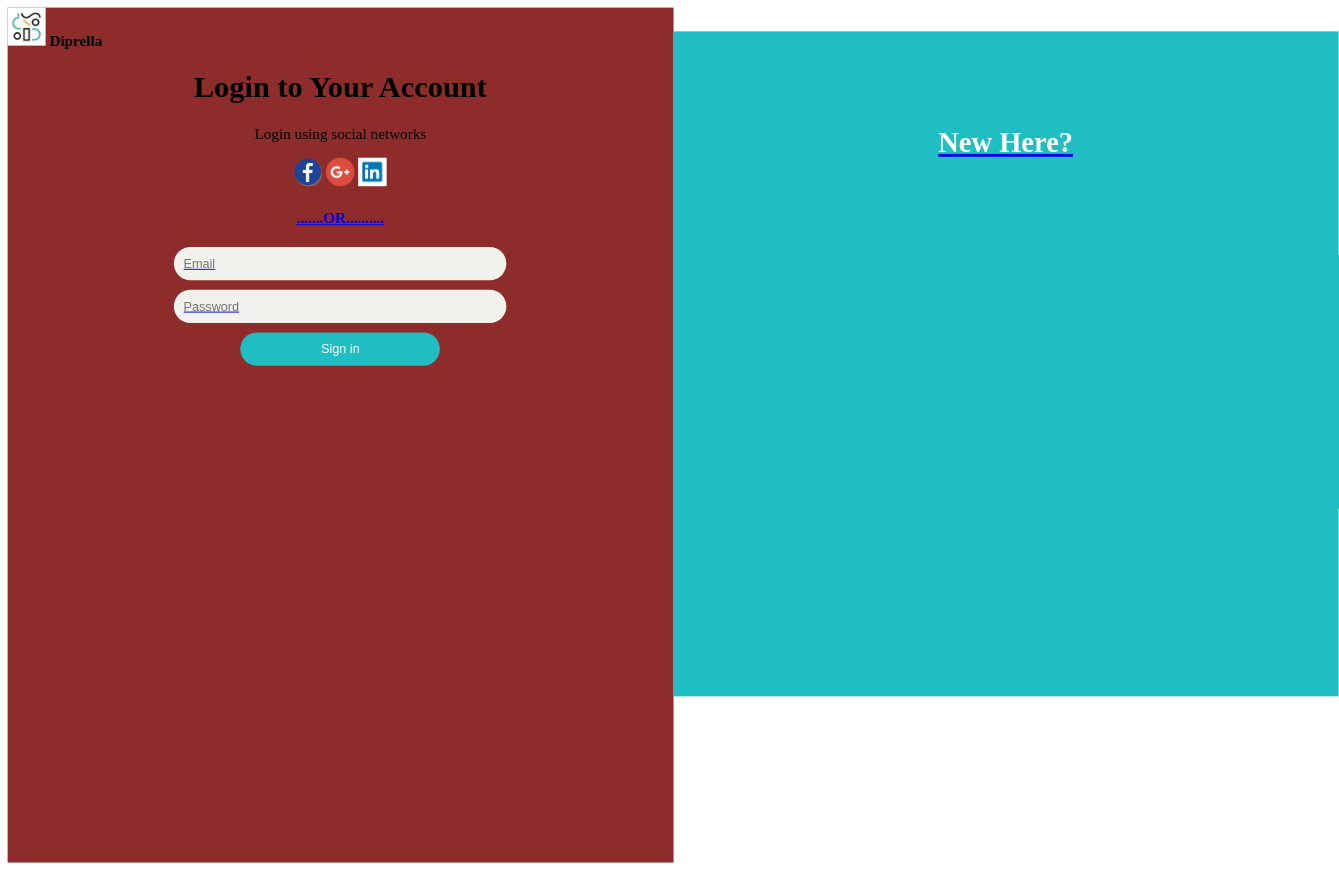
Repository: Tobby004/bdc-assignment-3
Page: task.html
The author's editor kept a copy of each file at every save. The page is drawn from the files as they stood at one save, then again after the next save.
The browser window is 1280 px wide. The page is 1409 px wide, then 1408 px, so the pictures cover 1409 px, including what lies to the right of the window. The pictures show the whole page, at 95% of full size.

Above is the page before, as saved 2023-02-22 01:55:19.

After the next save:
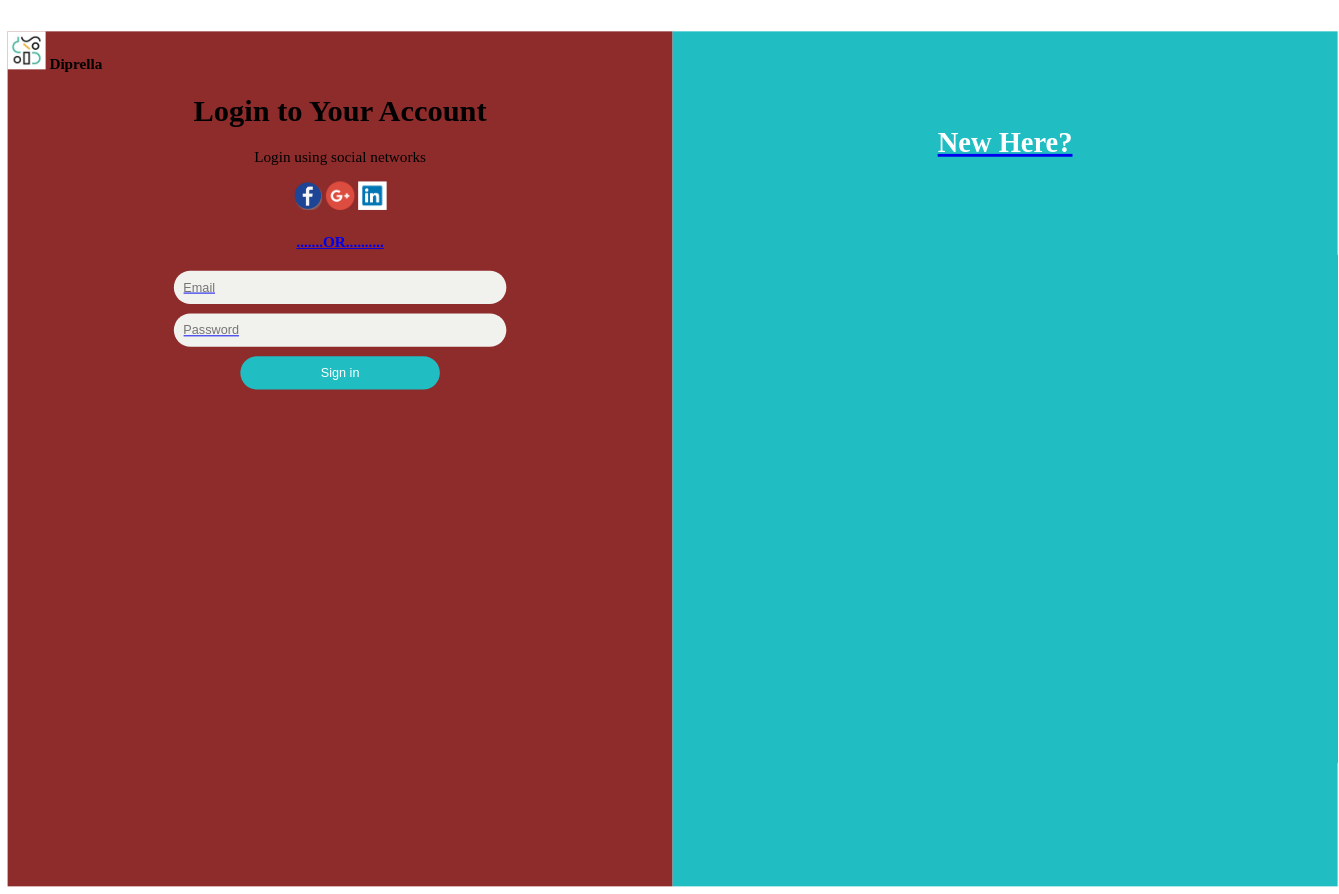
Saved 3 min 14 s later.
--- a/task.css
+++ b/task.css
@@ -8,13 +8,16 @@
 .box1 {
     background-color: rgb(142, 43, 43);
     height: 900px;
-    width: 800px;
+    max-width: 700px;
+    width: 800%;
+    margin-top: auto;
 }
 .box2{
     background-color: #20bdc2;
     width: 400%;
-    height: 700px;
+    height: 900px;
     max-width: 700px;
+    margin-bottom: auto;
 }
 h1 {
     text-align: center;
